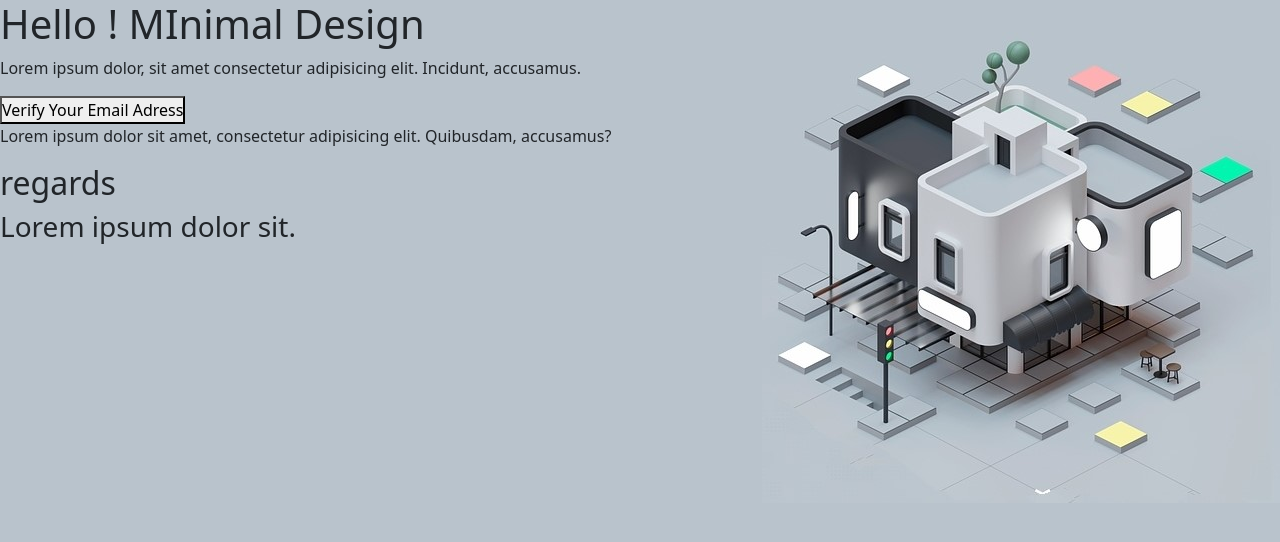
Repository: Aayush919/taskui
Page: index.html
These files come from the project's save history. The page is drawn as it stood at one moment and after the next save; the edit follows.
The browser window is 1280 px wide. The pictures show the whole page.

Above is the page before, as saved 2024-01-12 12:35:09.

After the next save:
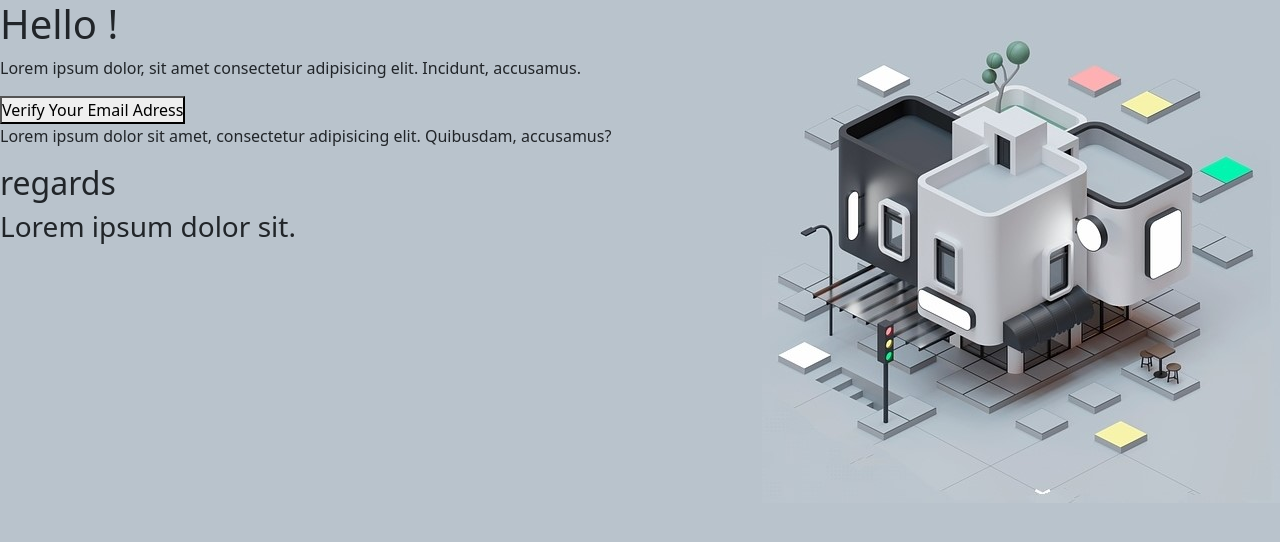
Saved 6 s later.
--- a/index.html
+++ b/index.html
@@ -17,7 +17,7 @@
     <div class="custom-bg">
         <div class="right">
           <div class="top">
-            <h1>Hello ! <span>MInimal</span> Design</h1>
+            <h1>Hello !</h1>
             <p>Lorem ipsum dolor, sit amet consectetur adipisicing elit. Incidunt, accusamus.</p>
             <button>Verify Your Email Adress</button>
             <p>Lorem ipsum dolor sit amet, consectetur adipisicing elit. Quibusdam, accusamus?</p>
